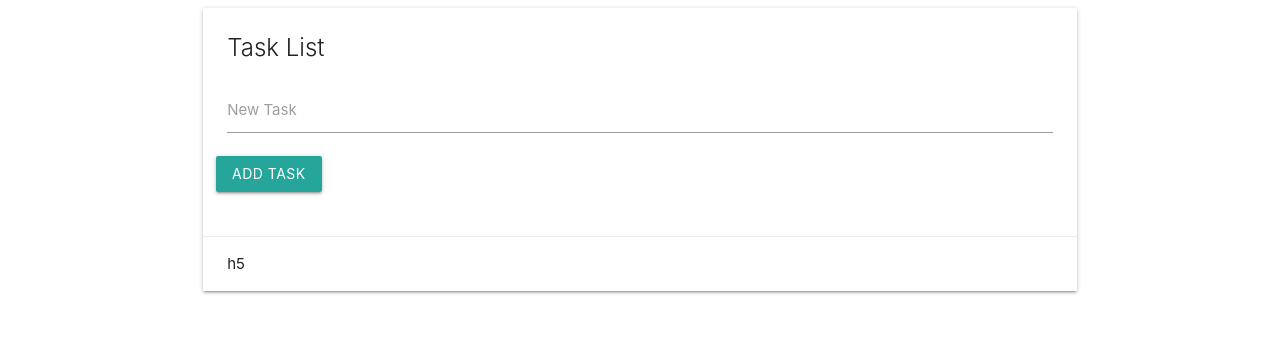
Repository: YasirGaji/Sandbox
Page: index.html
An editor plug-in stored every save of this project. The page is shown before and after the next save, followed by the edit.
The browser window is 1280 px wide. The pictures show the whole page.

Above is the page before, as saved 2021-12-01 15:18:21.

### index.html
<!DOCTYPE html>
<html lang="en">
<head>
  <meta charset="UTF-8">
  <meta http-equiv="X-UA-Compatible" content="IE=edge">
  <meta name="viewport" content="width=device-width, initial-scale=1.0">

  <!-- Compiled and minified CSS -->
  <link rel="stylesheet" href="https://cdnjs.cloudflare.com/ajax/libs/materialize/1.0.0/css/materialize.min.css">

  <link rel="stylesheet" href="https://cdn.jsdelivr.net/npm/@fortawesome/fontawesome-free@5.15.4/css/fontawesome.min.css" integrity="sha384-jLKHWM3JRmfMU0A5x5AkjWkw/EYfGUAGagvnfryNV3F9VqM98XiIH7VBGVoxVSc7" crossorigin="anonymous">

  <title>Task List</title>
</head>
<body>
  <div class="container">
    <div class="row">
      <div class="col s12">
        <div id="main" class="card">
          <div class="card-content">
            <span class="card-title">Task List</span>
            <div class="row">
              <form id="task-form">
                <div class="input-field col s12">
                  <input type="text" name="task" id="task">
                  <label for="task">New Task</label>
                </div>
                <input type="submit" value="Add Task" class="btn">
              </form>
            </div>
          </div>

          <div class="card-action">
            h5
          </div>
        </div>
      </div>
    </div>
  </div>

  <script
  src="https://code.jquery.com/jquery-3.6.0.js"
  integrity="sha256-H+K7U5CnXl1h5ywQfKtSj8PCmoN9aaq30gDh27Xc0jk="
  crossorigin="anonymous"></script>

  <!-- Compiled and minified JavaScript -->
  <script src="https://cdnjs.cloudflare.com/ajax/libs/materialize/1.0.0/js/materialize.min.js"></script>

  <script src="/app.js"></script>
</body>
</html>

Loaded but not shown: app.js (no stored copy; drawn as an empty file)

After the next save:
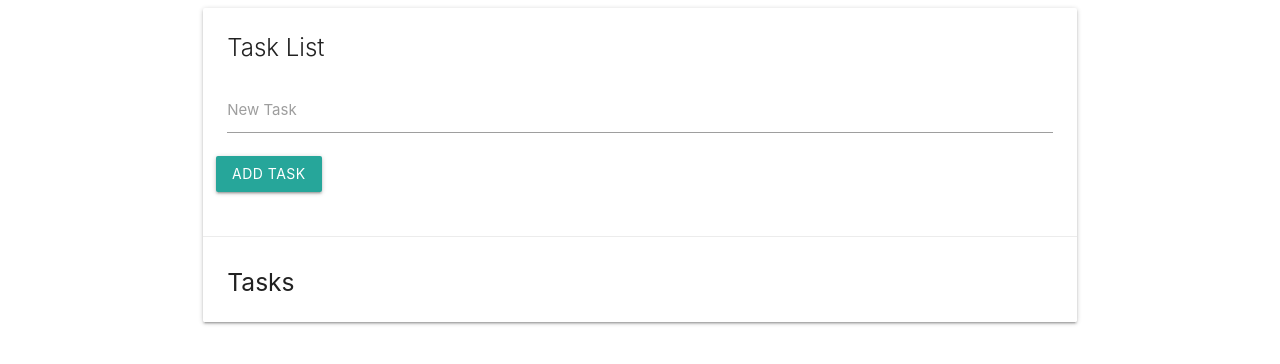
Saved 21 s later.
--- a/index.html
+++ b/index.html
@@ -31,7 +31,8 @@
           </div>
 
           <div class="card-action">
-            h5
+            <h5 id="task-title">Tasks</h5>
+
           </div>
         </div>
       </div>
